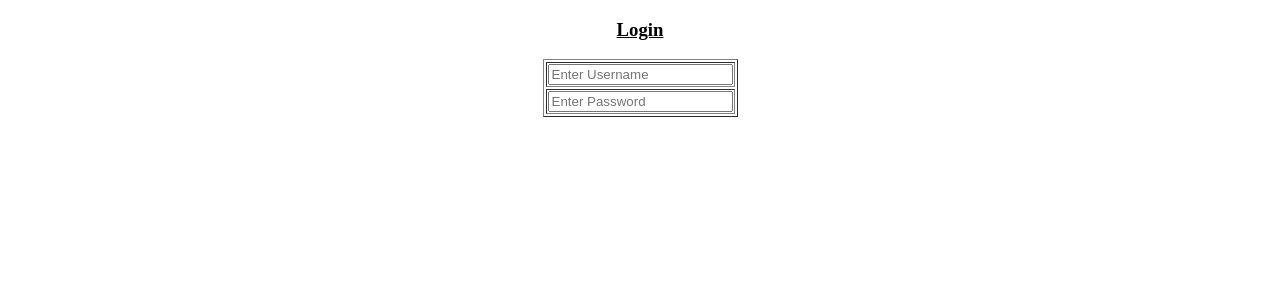
Repository: vinayingalahalli/java_batch1_revature
Page: revature_java/login_web_app/WebContent/login.html
These files come from the project's save history. The page is drawn as it stood at one moment and after the next save; the edit follows.
The browser window is 1280 px wide. The pictures show the whole page.

Above is the page before, as saved 2019-09-11 15:58:24.

### revature_java/login_web_app/WebContent/login.html
<!DOCTYPE html>
<html>
<head>
<meta charset="ISO-8859-1">
<title>Login Page</title>
</head>
<body>
<div align="center">
	<h3><u>Login</u></h3>
	<form action="login" method="post">
	<table border="1px">
	<tr>
	<td><input type="text" name="userName" placeholder="Enter Username"/></td>
	</tr>
	<tr>
	<td><input type="password" name="password" placeholder="Enter Password"/></td>
	</tr>
	</table>

	</form>
</div>
</body>
</html>

After the next save:
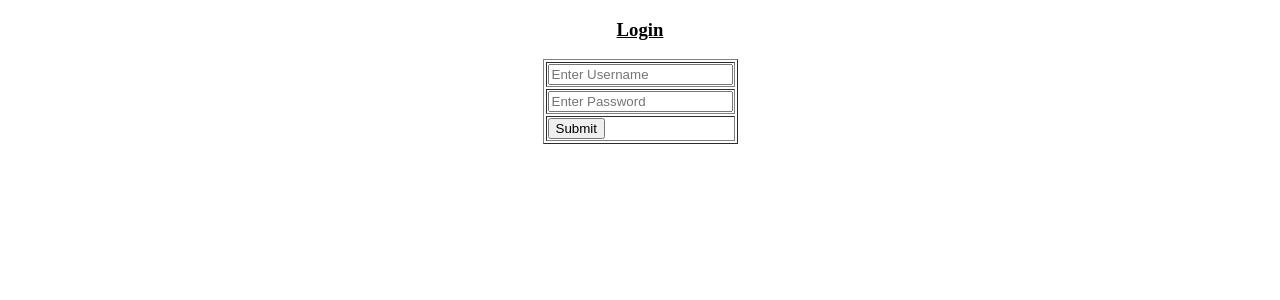
Saved 8 s later.
--- a/revature_java/login_web_app/WebContent/login.html
+++ b/revature_java/login_web_app/WebContent/login.html
@@ -15,6 +15,9 @@
 	<tr>
 	<td><input type="password" name="password" placeholder="Enter Password"/></td>
 	</tr>
+	<tr>
+	<td><input type="submit" name="userName" placeholder="Enter Username"/></td>
+	</tr>
 	</table>
 
 	</form>
